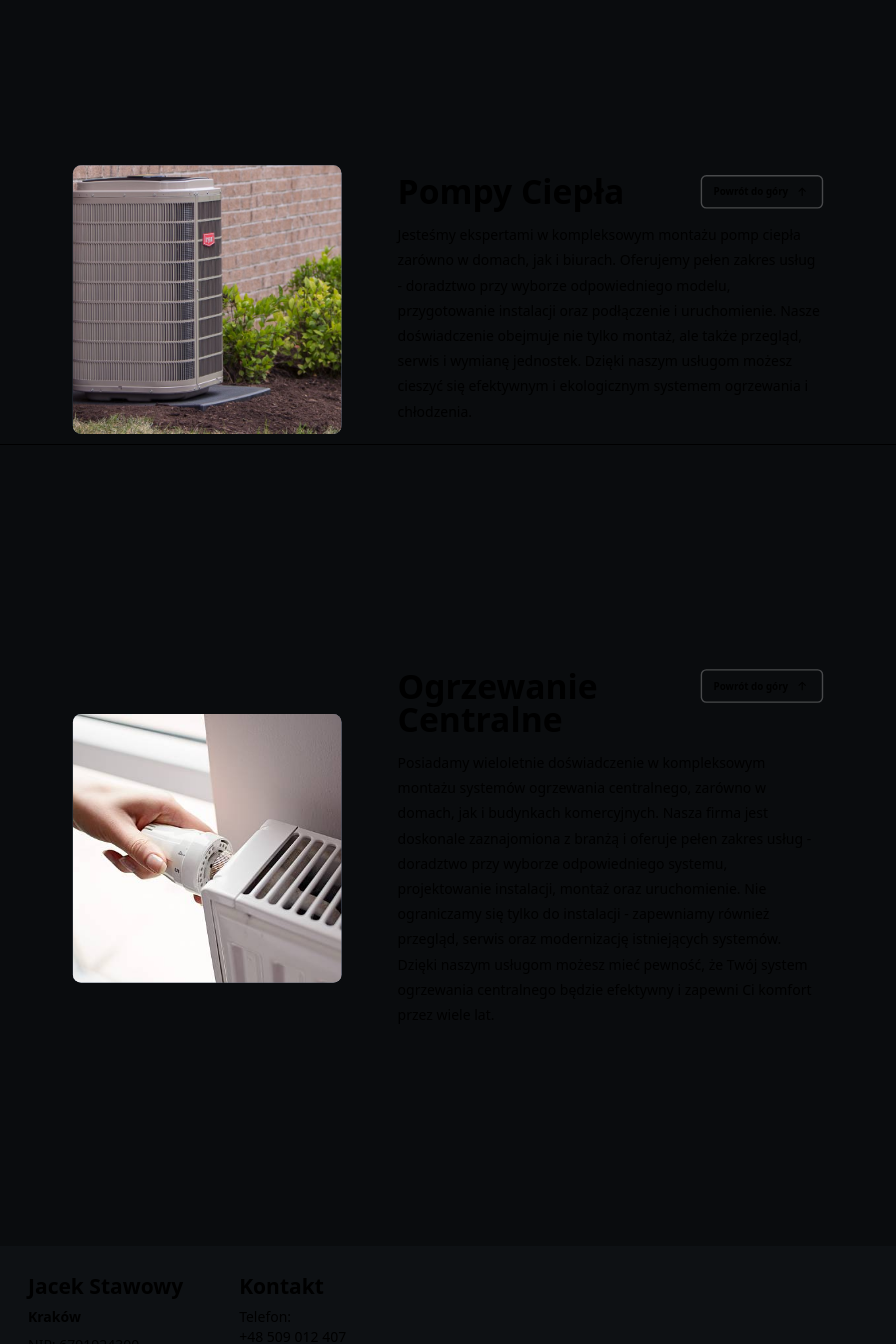
Repository: piotrokrutniak/Fast-CompanyWebsite
Page: /oferta
The author's editor kept a copy of each file at every save. The page is drawn from the files as they stood at one save, then again after the next save.
The browser window is 1280 px wide. The pictures show the part of the page from y = 2270 to 4190 px (the page is 4446 px tall before and 4410 px after), at 70% of full size.
The project was rebuilt for these pictures with package versions that can differ from the ones it lists, and the page was loaded fresh each time. The framework's server and built-in components were replaced by stand-ins that run in the browser. Also part of the build but not shown: next.config.js.

Above is the page before, as saved 2023-10-22 16:07:34.

### src/app/layout.js
import FootBar from './components/footbar/footbar'
import Navbar from './components/navbar/navbar'
import QuickContact from './components/quickContact'
import './globals.css'
import { Inter } from 'next/font/google'

const inter = Inter({ subsets: ['latin'] })

export const metadata = {
  title: 'Fast - Klimatyzacje Kraków',
  description: 'F.U.H. Fast Jacek Stawowy - Klimatyzacje Kraków-Niepołomice',
}

export default function RootLayout({ children }) {
  return (
    <html lang="pl" className="!scroll-smooth">
      <body className='bg-black min-w-mobile overflow-x-clip'>
        <div className='bg-slate-500/10 min-h-screen relative'>
          <Navbar/>
          {children}
          <QuickContact/>
          <FootBar/>
        </div>
      </body>
    </html>
  )
}

### src/app/(pages)/oferta/page.js
import Image from "next/image"
import img1 from "../../media/img/air-conditioning.jpg"
import img2 from "../../media/img/heat-pump-2.jpg"
import img3 from "../../media/img/heating.jpg"
import SimplePanel from "@/app/components/common/simplePanel"
import Link from "next/link"
import ButtonBase from "@/app/components/common/buttonBase"
import { BsArrowUpShort } from "react-icons/bs"

export default function Oferta(){
    return(
        <main className="min-h-screen">
            <section id="oferty" className="m-auto">
                <div className="sm:p-16 max-w-7xl m-auto p-5">
                    <h1 className="mb-5 pb-5 text-4xl font-semibold border-b-2 border-slate-600/30"> Nasza oferta </h1>
                    <h3 className="text-lg sm:text-2xl font-normal leading-relaxed"> W naszej ofercie znajdziecie państwo usługi z zakresu hydrauliki i instalacji sanitarnych a także zakresu klimatyzacji i wentylacji.</h3>
                </div>

                <div className="bg-slate-600/10 lg:py-28 p-2 py-10">
                    <div className="w-fit grid lg:grid-cols-2 2xl:grid-cols-3 max-w-7xl m-auto gap-10 lg:gap-10 items-stretch">
                        <Card scrollTo="#klimatyzacja" image={img1} title="Klimatyzacje" desc="Zapewniają optymalną temperaturę i wilgotność powietrza, poprawiają jakość powietrza i komfort termiczny. Oferujemy klimatyzatory typu split, multi-split, ścienne, podłogowe i sufitowe."/>
                        <Card scrollTo="#pompy" image={img2} title="Pompy Ciepła" desc="Wykorzystują odnawialne źródła energii do ogrzewania i chłodzenia pomieszczeń oraz podgrzewania wody użytkowej. Pozwalają na znaczne obniżenie kosztów eksploatacji i emisji CO2."/>
                        <Card scrollTo="#ogrzewanie" image={img3} title="Instalacje grzewcze" desc="Zapewniają odpowiednie ogrzewanie pomieszczeń i wody użytkowej. Instalacje grzewcze są bezpieczne, wydajne i komfortowe."/>
                    </div>
                </div>
            </section>
            <section id="informacje" className="max-w-7xl m-auto sm:p-16">
                <SimplePanel button={<ScrollTopButton/>} id="klimatyzacja" title="Klimatyzacje" desc="Nasza firma specjalizuje się w kompleksowym montażu klimatyzacji zarówno w domach, jak i biurach. Oferujemy pełen zakres usług, począwszy od zakupu jednostki, poprzez przygotowanie, aż do podpięcia i oddania do użytku. Nasze usługi nie ograniczają się jedynie do montażu - oferujemy również przegląd, serwis oraz wymianę jednostek klimatyzacyjnych." img={img1}/>
                <SimplePanel button={<ScrollTopButton/>} id="pompy" title="Pompy Ciepła" desc="Jesteśmy ekspertami w kompleksowym montażu pomp ciepła zarówno w domach, jak i biurach. Oferujemy pełen zakres usług - doradztwo przy wyborze odpowiedniego modelu, przygotowanie instalacji oraz podłączenie i uruchomienie. Nasze doświadczenie obejmuje nie tylko montaż, ale także przegląd, serwis i wymianę jednostek. Dzięki naszym usługom możesz cieszyć się efektywnym i ekologicznym systemem ogrzewania i chłodzenia." img={img2}/>
                <SimplePanel button={<ScrollTopButton/>} id="ogrzewanie" title="Ogrzewanie Centralne" desc="Posiadamy wieloletnie doświadczenie w kompleksowym montażu systemów ogrzewania centralnego, zarówno w domach, jak i budynkach komercyjnych. Nasza firma jest doskonale zaznajomiona z branżą i oferuje pełen zakres usług - doradztwo przy wyborze odpowiedniego systemu, projektowanie instalacji, montaż oraz uruchomienie. Nie ograniczamy się tylko do instalacji - zapewniamy również przegląd, serwis oraz modernizację istniejących systemów. Dzięki naszym usługom możesz mieć pewność, że Twój system ogrzewania centralnego będzie efektywny i zapewni Ci komfort przez wiele lat." img={img3}/>
            </section>
        </main>
    )
}

function Card({...props}){
    return(

        <div className="lg:w-96 bg-slate-600/30 hover:bg-slate-600/50 rounded-xl min-w-fit flex flex-col overflow-hidden shadow-md lg:hover:-translate-y-4 shadow-black/20 transition-all">
            <Link href={props.scrollTo}>
                <div className="lg:h-64 h-screen-1/2 w-full bg-black/20 relative cursor-pointer">
                    <Image src={props.image} layout='fill' objectFit='cover' className='z-0 opacity-80'/>
                </div>
            </Link>
            <div className="px-5 py-3 text-2xl font-semibold">{props.title ?? "Title" }</div>
            <div className="px-5 pb-5 text-lg opacity-80">{props.desc ?? "Description" }</div>
        </div>
    )
}

function ScrollTopButton(){
    return(
        <Link href="#">
            <ButtonBase text="Powrót do góry" color="black" icon={<BsArrowUpShort className="w-6 h-6"/>} className="px-2 h-12 border-solid border-2 border-white/25 hover:border-white w-fit"/>
        </Link>
    )
}

### src/app/components/footbar/footbar.js
import Link from "next/link";

export default function FootBar(){
    return(
        <footer className="bg-slate-500/5 mt-20">
            <div className="max-w-7xl w-full max-sm:px-5 p-10 flex gap-8 sm:gap-20 m-auto">
                <div className="flex flex-col gap-3">
                    <h1 className="font-bold text-2xl md:text-3xl">Jacek Stawowy</h1>
                    <h2 className="font-semibold text-xl">Kraków</h2>
                    <h2 className="font-thin text-xl">NIP: 6791924300</h2>
                </div>

                <div className="flex flex-col gap-3">
                    <h1 className="font-bold text-2xl md:text-3xl">Kontakt</h1>
                    <h2 className="font-thin text-xl">Telefon:
                    <Link href={"tel:+48 509 012 407"} className="cursor-pointer hover:text-emerald-200">
                        <p className="whitespace-nowrap">
                            +48 509 012 407
                        </p>
                    </Link>
                    </h2>
                    <h2 className="font-thin text-xl">Email:
                    <Link href={"email:fast@firma.pl"} className="cursor-pointer hover:text-emerald-200">
                        <p className="whitespace-nowrap">
                            fast@firma.pl
                        </p>
                    </Link>
                    </h2>
                    <h2 className="font-thin text-xl">Pon-Pt 8.00-19.00</h2>
                </div>
            </div>
            <div className="bg-black flex p-10 ">
                <div className="xs:m-auto w-fit">
                    © Piotr Okrutniak 2022
                </div>
            </div>
        </footer>
    )
}

### src/app/components/navbar/navbar.js
"use client";
import { useState } from "react";
import ButtonBase from "../common/buttonBase";
import AcLogo from "../icons/ac";
import {BsList, BsXLg} from "react-icons/bs";
import Link from "next/link";

export default function Navbar(){
    const [mobileOpen, setMobileOpen] = useState(false)

    return(
        <nav className="sticky bg-black top-0 w-full py-3 px-5 sm:px-3  z-50">
            <div className="flex justify-between mx-auto max-w-7xl h-auto align-middle">
                <Link href="/">
                    <div className="text-white text-4xl font-bold hover:cursor-pointer flex gap-2 align-middle
                        hover:text-emerald-200 hover:fill-emerald-200 fill-white active:opacity-90 transition-all">
                        <AcLogo className="h-10 w-10 top-px relative"/>
                        FAST
                    </div>
                </Link>
                <div className="align-middle gap-5 text-black transition-all ease-in hidden sm:flex">
                    <Link href="/oferta">
                        <ButtonBase text="Oferta" color="bg-transparent" className="hover:bg-slate-400/25 text-white"  onClick={() => setMobileOpen(false)}/>
                    </Link>
                    <Link href="/kontakt">
                        <ButtonBase text="Kontakt" color="bg-transparent" className="hover:bg-slate-400/25 text-white"  onClick={() => setMobileOpen(false)}/>
                    </Link>
                    <Link href="/realizacje">
                        <ButtonBase text="Realizacje" color="bg-transparent" className="hover:bg-slate-400/25 text-white"  onClick={() => setMobileOpen(false)}/>
                    </Link>
                </div>
                <div className=" sm:hidden flex">
                    <BsList className="h-12 w-12 cursor-pointer hover:fill-emerald-200 active:opacity-90" onClick={() => setMobileOpen(true)}/>
                </div>
            </div>

            <div className={`${mobileOpen ? "" : "translate-x-full"} absolute w-screen h-screen bg-black left-0 top-0 sm:hidden transition-all`}>
                <div id="mobile-header" className="flex p-3 cursor-pointer" onClick={() => setMobileOpen(false)}>
                    <BsXLg className="w-14 h-14 p-2 hover:fill-emerald-200 active:opacity-70 absolute right-4"/>
                </div>
                <div id="mobile-list" className="flex flex-col w-full gap-8 justify-center text-xl px-5 py-32">
                    <Link href="/kontakt" onClick={() => setMobileOpen(false)}>
                        <ButtonBase text="Kontakt" className="w-full py-6 px-10 bg-gradient-to-br hover:from-sky-500 hover:to-emerald-200 self-center" color="bg-slate-500/25"/>
                    </Link>
                    <Link href="/oferta" onClick={() => setMobileOpen(false)}>
                        <ButtonBase text="Oferta" className="w-full py-6 px-10 bg-gradient-to-br hover:from-sky-500 hover:to-emerald-200 self-center" color="bg-slate-500/25"/>
                    </Link>
                    <Link href="/realizacje" onClick={() => setMobileOpen(false)}>
                        <ButtonBase text="Realizacje" className="w-full py-6 px-10 bg-gradient-to-br hover:from-sky-500 hover:to-emerald-200 self-center" color="bg-slate-500/25"/>
                    </Link>
                    <Link href="/" onClick={() => setMobileOpen(false)}>
                        <ButtonBase text="Strona Główna" className="w-full py-6 px-10 bg-gradient-to-br hover:from-sky-500 hover:to-emerald-200 self-center" color="bg-slate-500/25"/>
                    </Link>
                </div>
                <div className="p-10 justify-self-center w-full text-center bottom-0 absolute">
                    © Piotr Okrutniak 2022
                </div>
            </div>
        </nav>
    )
}

### src/app/components/quickContact.js
"use client";

import Link from "next/link";
import { useState } from "react"
import {BsChevronDoubleRight, BsPhone} from "react-icons/bs"

export default function QuickContact(){
    const [folded, setFolded] = useState(true)

    function Transition(){
        setFolded((old) => !old)
    }

    return(
        <div className="bg-gradient-to-br from-sky-500 to-emerald-200 rounded-xl w-fit sm:p-5 p-3 text-base
            font-normal shadow-md shadow-black/50 fixed right-5 bottom-5 flex items-center gap-4 transition-all ease-in-out whitespace-nowrap">
            <BsChevronDoubleRight className={`${folded ? "rotate-180" : "rotate-0"} transition-all ease-in h-8 w-8 cursor-pointer active:opacity-60 select-none`}
                onClick={() => Transition()}/>
            <div className="flex gap-2">
                <p className={`${folded ? "w-0" : "w-72 max-sm:w-44"} overflow-hidden transition-all ease-in flex max-sm:flex-col`}><p>Skontaktuj się z nami:</p> <Link href={"tel:+48 509 012 407"} className="cursor-pointer">+48 509 012 407</Link></p>
                <BsPhone className="h-7 w-7 animate-bounce self-center"/>
            </div>
        </div>
    )
}

### src/app/globals.css
@import 'tailwindcss/base';
@import 'tailwindcss/components';
@import 'tailwindcss/utilities';

:root {

}

@media (prefers-color-scheme: dark) {
  :root {
    --foreground-rgb: 255, 255, 255;
    scroll-behavior: smooth;
  }
}

body {
  color: rgb(var(--foreground-rgb));
  background: linear-gradient(
      to bottom,
      transparent,
      rgb(var(--background-end-rgb))
    )
    rgb(var(--background-start-rgb));
}

@layer base {
  html {
    scroll-behavior: smooth;
  }
}

### src/app/components/common/simplePanel.js
import Image from "next/image";
import ButtonBase from "./buttonBase";


export default function SimplePanel({...props}){
    return(
        <section id={props.id} className="z-10 w-full items-center justify-between text-sm lg:flex p-10 max-xs:p-5">
            <div className='max-w-7xl m-auto flex gap-20 py-10 sm:py-32 align-middle h-full max-md:flex-col-reverse max-lg:gap-10'>
            <div className='w-96 h-64 sm:h-96 shrink-0 bg-slate-500 rounded-xl relative self-center max-md:w-full overflow-clip'>
                <Image src={props.img} layout='fill' objectFit='cover'/>
            </div>
            <div className='relative self-center w-full'>
                <div className='flex justify-between gap-5 max-lg:flex-col mb-5'>
                <h1 className='text-5xl font-semibold max-sm:text-3xl'>{props.title ?? "Title"}</h1>
                    {props.button ?? ""}
                </div>
                <h2 className='text-xl font-thin leading-9 max-sm:text-lg'>{props.desc ?? "Description"}</h2>
            </div>
            </div>
        </section>
    )
}

### src/app/components/common/buttonBase.js
export default function ButtonBase({...props}){
    return(
        <button className={`${props.className} ${props.color ?? "bg-sky-500"} py-3 px-4 rounded-lg font-semibold active:opacity-80 flex items-center gap-2 whitespace-nowrap transition-all`}
            onClick={props.onClick}>
            {props.text} {props.icon ?? ""}
        </button>
    )
}

### src/app/components/icons/ac.js
export default function AcLogo({...props}){
    return(
        <svg
            xmlns="http://www.w3.org/2000/svg"
            xmlSpace="preserve"
            width={800}
            height={800}
            viewBox="0 0 507.802 507.802"
            {...props}
        >
            <path d="M465.7 47.901H42.3c-23.3 0-42.3 18.9-42.3 42.3v313.3c0 23.3 19 42.3 42.3 42.3h16.1c0 7.8 6.3 14.1 14.1 14.1H139c7.8 0 14.1-6.3 14.1-14.1h201.6c0 7.8 6.3 14.1 14.1 14.1h66.5c7.8 0 14.1-6.3 14.1-14.1h16.1c23.3 0 42.3-19 42.3-42.3v-313.3c.2-23.4-18.8-42.3-42.1-42.3zm0 369.7H42.3c-7.8 0-14.1-6.3-14.1-14.1v-313.3c0-7.8 6.3-14.1 14.1-14.1h423.3c7.8 0 14.1 6.3 14.1 14.1v313.3h.1c0 7.8-6.3 14.1-14.1 14.1z" />
            <path d="M435.6 107.801H391c-7.8 0-14.1 6.3-14.1 14.1s6.3 14.1 14.1 14.1h44.6c7.8 0 14.1-6.3 14.1-14.1s-6.3-14.1-14.1-14.1zM435.6 161.601H391c-7.8 0-14.1 6.3-14.1 14.1s6.3 14.1 14.1 14.1h44.6c7.8 0 14.1-6.3 14.1-14.1s-6.3-14.1-14.1-14.1zM435.6 215.301H391c-7.8 0-14.1 6.3-14.1 14.1s6.3 14.1 14.1 14.1h44.6c7.8 0 14.1-6.3 14.1-14.1s-6.3-14.1-14.1-14.1zM435.6 269.101H391c-7.8 0-14.1 6.3-14.1 14.1s6.3 14.1 14.1 14.1h44.6c7.8 0 14.1-6.3 14.1-14.1s-6.3-14.1-14.1-14.1zM198.3 99.701c-81.1 0-147.1 66-147.1 147.1s66 147.1 147.1 147.1 147.1-66 147.1-147.1-66-147.1-147.1-147.1zm-80.9 233.9c-2-1.9-3.9-3.8-5.8-5.8h5.8v5.8zm0-34H92c-5.9-11.9-10-24.9-11.6-38.6h37v38.6zm0-66.9h-37c1.6-13.7 5.6-26.7 11.6-38.6h25.4v38.6zm0-66.8h-5.8c1.9-2 3.8-3.9 5.8-5.8v5.8zm66.8 198.9c-13.7-1.6-26.7-5.7-38.6-11.6v-25.4h38.6v37zm0-65.2h-38.6v-38.6h38.6v38.6zm0-66.9h-38.6v-38.6h38.6v38.6zm0-66.8h-38.6v-25.4c11.9-5.9 24.9-10 38.6-11.6v37zm95.1-5.8c2 1.9 3.9 3.8 5.8 5.8h-5.8v-5.8zm0 34h25.4c5.9 11.9 10 24.9 11.6 38.6h-37v-38.6zm-28.2 159.1c-11.9 5.9-24.9 10-38.6 11.6v-37h38.6v25.4zm0-53.6h-38.6v-38.6h38.6v38.6zm0-66.9h-38.6v-38.6h38.6v38.6zm0-66.8h-38.6v-37c13.7 1.6 26.7 5.7 38.6 11.6v25.4zm28.2 167.7v-5.8h5.8c-1.9 2-3.8 4-5.8 5.8zm0-34v-38.6h37c-1.6 13.7-5.7 26.7-11.6 38.6h-25.4z" />
        </svg>
    )
}

### tailwind.config.js
/** @type {import('tailwindcss').Config} */
module.exports = {
  mode: 'jit',
  content: [
    './src/pages/**/*.{js,ts,jsx,tsx,mdx}',
    './src/components/**/*.{js,ts,jsx,tsx,mdx}',
    './src/app/**/*.{js,ts,jsx,tsx,mdx}',
  ],
  theme: {
    extend: {
      backgroundImage: {
        'gradient-radial': 'radial-gradient(var(--tw-gradient-stops))',
        'gradient-conic':
          'conic-gradient(from 180deg at 50% 50%, var(--tw-gradient-stops))',
      },
      height:{
        'screen-1/2': '50vh',
        'screen-1/4': '25vh',
        'screen-3/4': '75vh',
        'screen-3/5': '60vh',
        'screen-2/3': '66vh',
        'screen-1/3': '33vh',
        '112': '28rem',
        '128': '32rem',
      },
      minHeight:{
        'screen-1/2': '50vh',
        'screen-1/4': '25vh',
        'screen-3/4': '75vh',
        'screen-2/3': '66vh',
        'screen-1/3': '33vh',
        '112': '28rem',
        '128': '32rem',
      },
      width:{
        '112': '28rem',
        '128': '32rem',
      },
      colors:{
        "emerald":{
          "50": "#b0fde8",
          "100": "#60FBD2",
          "200": "#24F9C1",
          "400": "#06EFB1",
          "500": "#06d6a0",
        }
      },
      minWidth:{
        'mobile': '360px',
        '54': '258px',
      },
      screens:{
        'xs': '580px',
        '850': '850px',
      },
    },
  },
  plugins: [],
}

After the next save:
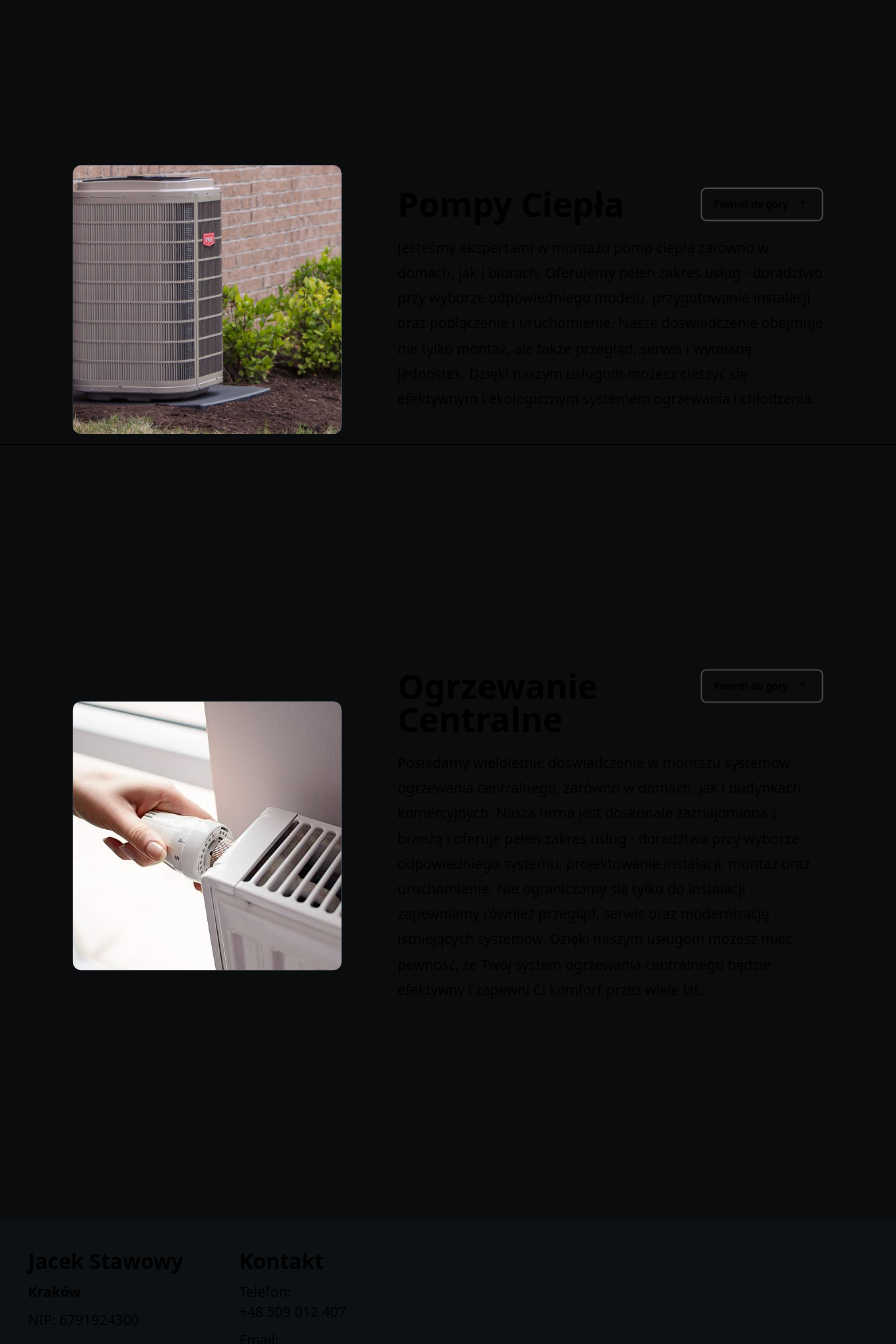
Saved 16 min 30 s later.
--- a/src/app/(pages)/oferta/page.js
+++ b/src/app/(pages)/oferta/page.js
@@ -26,8 +26,8 @@ export default function Oferta(){
             </section>
             <section id="informacje" className="max-w-7xl m-auto sm:p-16">
                 <SimplePanel button={<ScrollTopButton/>} id="klimatyzacja" title="Klimatyzacje" desc="Nasza firma specjalizuje się w kompleksowym montażu klimatyzacji zarówno w domach, jak i biurach. Oferujemy pełen zakres usług, począwszy od zakupu jednostki, poprzez przygotowanie, aż do podpięcia i oddania do użytku. Nasze usługi nie ograniczają się jedynie do montażu - oferujemy również przegląd, serwis oraz wymianę jednostek klimatyzacyjnych." img={img1}/>
-                <SimplePanel button={<ScrollTopButton/>} id="pompy" title="Pompy Ciepła" desc="Jesteśmy ekspertami w kompleksowym montażu pomp ciepła zarówno w domach, jak i biurach. Oferujemy pełen zakres usług - doradztwo przy wyborze odpowiedniego modelu, przygotowanie instalacji oraz podłączenie i uruchomienie. Nasze doświadczenie obejmuje nie tylko montaż, ale także przegląd, serwis i wymianę jednostek. Dzięki naszym usługom możesz cieszyć się efektywnym i ekologicznym systemem ogrzewania i chłodzenia." img={img2}/>
-                <SimplePanel button={<ScrollTopButton/>} id="ogrzewanie" title="Ogrzewanie Centralne" desc="Posiadamy wieloletnie doświadczenie w kompleksowym montażu systemów ogrzewania centralnego, zarówno w domach, jak i budynkach komercyjnych. Nasza firma jest doskonale zaznajomiona z branżą i oferuje pełen zakres usług - doradztwo przy wyborze odpowiedniego systemu, projektowanie instalacji, montaż oraz uruchomienie. Nie ograniczamy się tylko do instalacji - zapewniamy również przegląd, serwis oraz modernizację istniejących systemów. Dzięki naszym usługom możesz mieć pewność, że Twój system ogrzewania centralnego będzie efektywny i zapewni Ci komfort przez wiele lat." img={img3}/>
+                <SimplePanel button={<ScrollTopButton/>} id="pompy" title="Pompy Ciepła" desc="Jesteśmy ekspertami w montażu pomp ciepła zarówno w domach, jak i biurach. Oferujemy pełen zakres usług - doradztwo przy wyborze odpowiedniego modelu, przygotowanie instalacji oraz podłączenie i uruchomienie. Nasze doświadczenie obejmuje nie tylko montaż, ale także przegląd, serwis i wymianę jednostek. Dzięki naszym usługom możesz cieszyć się efektywnym i ekologicznym systemem ogrzewania i chłodzenia." img={img2}/>
+                <SimplePanel button={<ScrollTopButton/>} id="ogrzewanie" title="Ogrzewanie Centralne" desc="Posiadamy wieloletnie doświadczenie w montażu systemów ogrzewania centralnego, zarówno w domach, jak i budynkach komercyjnych. Nasza firma jest doskonale zaznajomiona z branżą i oferuje pełen zakres usług - doradztwo przy wyborze odpowiedniego systemu, projektowanie instalacji, montaż oraz uruchomienie. Nie ograniczamy się tylko do instalacji - zapewniamy również przegląd, serwis oraz modernizację istniejących systemów. Dzięki naszym usługom możesz mieć pewność, że Twój system ogrzewania centralnego będzie efektywny i zapewni Ci komfort przez wiele lat." img={img3}/>
             </section>
         </main>
     )
